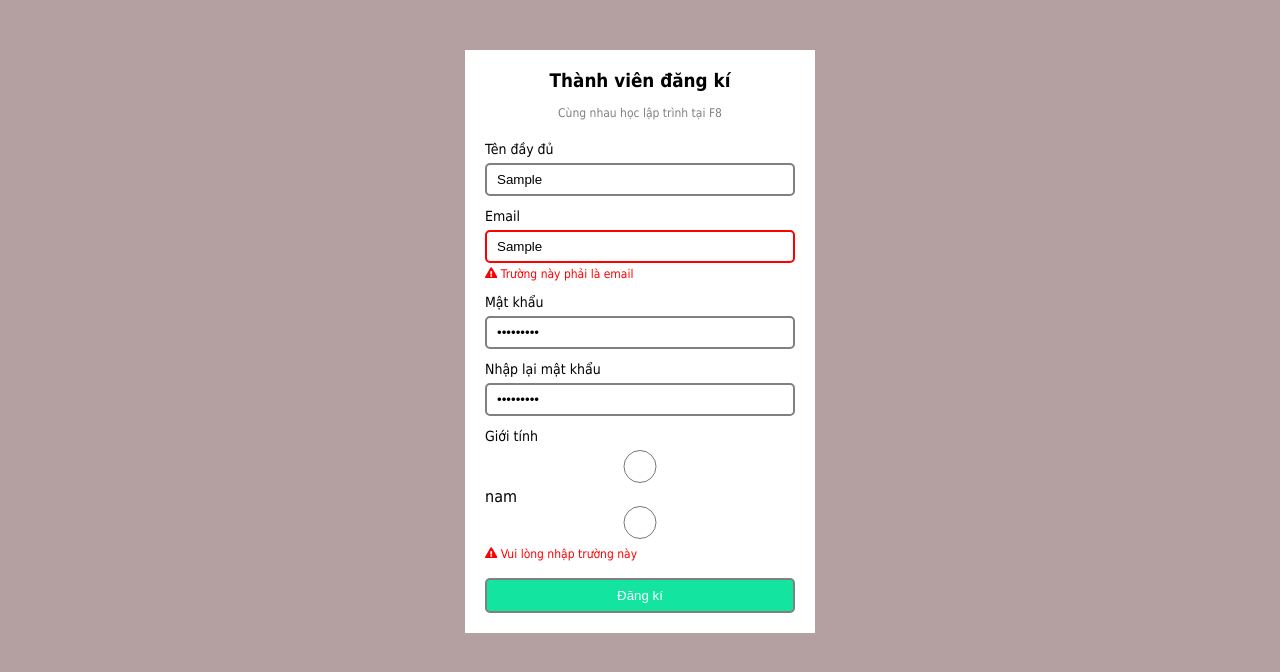
Repository: HuunvDev/Validator
Page: index.html
The author's editor kept a copy of each file at every save. The page is drawn from the files as they stood at one save, then again after the next save.
The browser window is 1280 px wide. The pictures show the whole page.
Empty fields were first filled with sample values (such as "Sample", 5 or name@example.com).
After loading, the first visible `#form-1` was submitted once.
Some web libraries are served in a nearby version.

Above is the page before, as saved 2022-08-21 08:47:59.

After the next save:
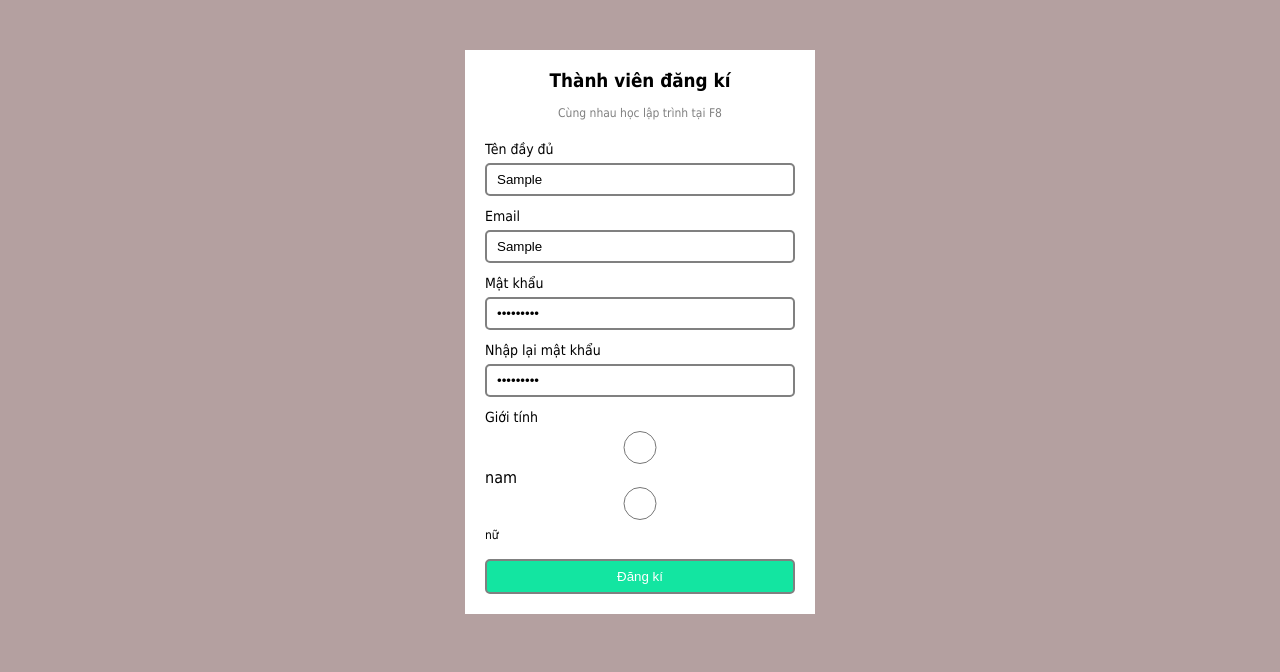
Console error: ReferenceError: inputElement is not defined
Saved 92 s later.
--- a/Validator.js
+++ b/Validator.js
@@ -88,7 +88,7 @@ function validator(options){
             selectorRules[rules.selector] = [rules.test];
         }
 
-        var inputElement = formElement.querySelector(rules.selector);
+        var inputElements = formElement.querySelector(rules.selector);
         if(inputElement){
             //xử lí trường hợp blur khỏi thẻ input
             inputElement.onblur = function(){
